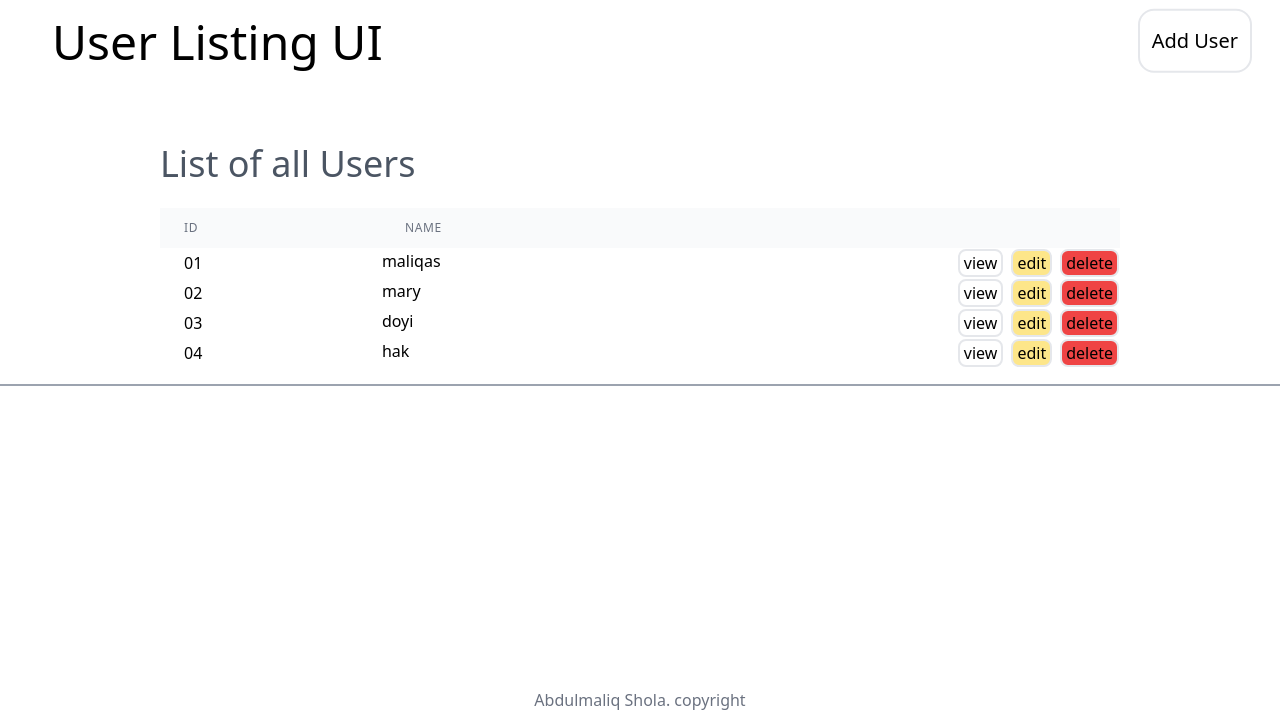
Repository: Marlstergo/listings
Page: / (app in client/)
An editor plug-in stored every save of this project. The page is shown before and after the next save, followed by the edit.
The browser window is 1280 px wide. The pictures show the whole page.
The project was rebuilt for these pictures with package versions that can differ from the ones it lists, and the page was loaded fresh each time. Also part of the build but not shown: client/craco.config.js, client/src/components/UserRow.jsx, client/src/components/List.js, client/src/components/addUser.js, client/src/components/EditUser.js.

Above is the page before, as saved 2021-07-21 17:37:31.

### client/src/index.js
/* eslint-disable no-unused-vars */
import React from "react";
import ReactDOM from "react-dom";
import "./index.css";
import App from "./App";
import reportWebVitals from "./reportWebVitals";
import { BrowserRouter as Router } from 'react-router-dom';
import { Provider } from "react-redux";
import { store } from "./redux/store";
import { PersistGate } from "redux-persist/integration/react";
import { persistor } from "./redux/store";

ReactDOM.render(
  <React.StrictMode>
    <Provider store={store}>
      <Router>
        <PersistGate persistor={persistor}>
          <App />
        </PersistGate>
      </Router>
    </Provider>
  </React.StrictMode>,
  document.getElementById("root")
);

// If you want to start measuring performance in your app, pass a function
// to log results (for example: reportWebVitals(console.log))
// or send to an analytics endpoint. Learn more: https://bit.ly/CRA-vitals
reportWebVitals();

### client/src/App.js
import React, { useState } from "react";
import { BrowserRouter, Route, Switch, useLocation } from "react-router-dom";
import Header from "./components/Header";
import Home from "./components/Home";
import List from "./components/List";
import AddUser from "./components/addUser";
// import Toppings from "./components/Toppings";
import Order from "./components/EditUser";
// import Modal from "./components/Modal";
import { AnimatePresence } from "framer-motion";
import Footer from "./components/footer";

function App() {
  const location = useLocation();
  const showModal = true;

  return (
    <>
      <Header />
      {/* <Modal showModal={showModal} /> */}
      <AnimatePresence exitBeforeEnter>
        <BrowserRouter>
          <Switch>
            <Route exact name="home" path="/">
              <Home />
            </Route>
            {/* <Route exact path="/createUpdateUser">
            <Toppings />
          </Route> */}
            <Route path="/edit" exact name="order">
              <Order />
            </Route>
            <Route path="/view" exact name="view">
              <List/>
            </Route>
            <Route path="/adduser" exact name="adduser">
              <AddUser/>
            </Route>
          </Switch>
        </BrowserRouter>
      </AnimatePresence>
      <Footer/>
    </>
  );
}

export default App;

### client/src/redux/store.js
import { createStore, applyMiddleware } from "redux";
import { logger } from 'redux-logger';
import {persistStore} from 'redux-persist';
// import thunk from 'redux-thunk'
import createSagaMiddleware from 'redux-saga'

import rootSaga from './root-sagas'

import rootReducer from './root-reducer';

const sagaMiddleware = createSagaMiddleware()

const middleware = [sagaMiddleware];

if( process.env.NODE_ENV === 'development'){
    middleware.push(logger)
}

export const store = createStore(rootReducer, applyMiddleware(...middleware))

sagaMiddleware.run(rootSaga)

export const persistor = persistStore(store)

export default (store, persistor);

### client/src/components/Header.js
import React from "react";
import { motion } from "framer-motion";
import { Link } from "react-router-dom";
import {withRouter} from 'react-router-dom'


const svgVariants = {
  hidden: { rotate: -180 },
  visible: {
    rotate: 0,
    transition: { duration: 1 },
  },
};

const pathVariants = {
  hidden: {
    opacity: 0,
    pathLength: 0,
  },
  visible: {
    opacity: 1,
    pathLength: 1,
    transition: {
      duration: 2,
      ease: "easeInOut",
    },
  },
};

const buttonVariants = {
  show: {
    y: [0, -20],
    x: 0,
    textShadow: "0px 0px 8px rgb(255,255,255)",
    boxShadow: "0px 0px 8px rgb(255,255,255)",
    transition: {
      duration: 0.3,
      yoyo: Infinity,
      ease: "easeOut",
    },
  },
};

const Header = ({history}) => {
  console.log(history.location.pathname)
  return (
    <header className="flex p-7 w-screen justify-between  items-center">
      {/* <motion.div
        className="logo"
        drag
        dragConstraints={{ left: 0, top: 0, right: 0, bottom: 0 }}
        dragElastic={0.7}
      >

      </motion.div> */}
      <motion.div
        className=" flex justify-between w-full ml-6 text-xs"
        initial={{ y: -250 }}
        animate={{ y: -10 }}
        transition={{ delay: 0.2, type: "spring", stiffness: 120 }}
      >
        <a href="/" className=" pb-4 text-5xl">User Listing UI</a>
        <motion.button
          variants={buttonVariants}
          whileHover="hover"
          animate={`${history.location.pathname === '/adduser'?'':'show'}`}
          className="text-xl border-2 px-3 rounded-2xl active:bg-gray-200"
        >
          <a href="/adduser">Add User</a>
        </motion.button>
      </motion.div>
    </header>
  );
};

export default withRouter(Header);

### client/src/components/Home.js
import React from "react";
// import { Link } from "react-router-dom";
import { motion } from "framer-motion";
// import Loader from "./Loader";
// import UserRow from "./UserRow";
import UserRowHome from "./userRowhome";



const containerVariants = {
  hidden: {
    opacity: 0,
  },
  visible: {
    opacity: 1,
    transition: { delay: 1.5, duration: 1.5 },
  },
  exit: {
    x: "-100vh",
    transition: { ease: "easeInOut" },
  },
};
// const buttonVariants = {
//   hover: {
//     scale: 1.1,
//     textShadow: "0px 0px 8px rgb(255,255,255)",
//     boxShadow: "0px 0px 8px rgb(255,255,255)",
//     transition: {
//       duration: 0.3,
//       yoyo: Infinity
//     }
//   }
// }
const users = [
  {
    id: '01',
    name: "maliqas",
    email: "maliq@gmail.com",
    phone: '08032494874'
  },
  {
    id: '02',
    name: "mary",
    email: "mary@gmail.com",
    phone: '08032494874'
  },
  {
    id: '03',
    name: "doyi",
    email: "doyi@gmail.com",
    phone: '08032494874'
  },
  {
    id: '04',
    name: "hak",
    email: "hak@gmail.com",
    phone: '08032494874'
  },
];
const Home = () => {
  return (
    <motion.div
      className="  pb-4 mb-4 border-b-2 border-gray-400 flex flex-col items-center"
      variants={containerVariants}
      initial="hidden"
      animate="visible"
      exit="exit"
    >
      <div className="w-3/4 ">
        <h1 className="text-gray-600 py-6 text-4xl">List of all Users</h1>

        <table className="min-w-full divide-y divide-gray-200">
          <thead>
            <tr>
              <th className="px-6 py-3 bg-gray-50 text-left text-xs font-medium text-gray-500 uppercase tracking-wider">
                Id
              </th>
              <th className="px-6 py-3 bg-gray-50 text-left text-xs font-medium text-gray-500 uppercase tracking-wider">
                Name
              </th>

            </tr>
            {
              users.map((user) =>(
                <UserRowHome name={user.name} key={user.id} id={user.id} email={user.email} phone={user.phone} />
              ))
            }
          </thead>
        </table>
      </div>
    </motion.div>
  );
};

export default Home;

### client/src/components/footer.js
import React from 'react'

const Footer = () => {
  return (
    <footer className="fixed bottom-0 w-full">
      <div className="flex justify-center w-full items-center h-10">
        <p className="text-gray-500">Abdulmaliq Shola. copyright</p>
      </div>
    </footer>
  )
}

export default Footer

### client/src/redux/root-sagas.js
import {all, call} from 'redux-saga/effects'
import {userSagas} from './user/user.sagas'


export default function* rootSaga(){
    yield all([
        call(userSagas),
    ])
}

### client/src/redux/root-reducer.js
import {combineReducers} from 'redux'
import userReducer from './user/user.reducer'
// import cartReducer from './cart/cart.reducer'
import {persistReducer} from 'redux-persist'
import storage from 'redux-persist/lib/storage'
// import directoryReducer from './directory/directory.reducer'
// import shopReducer from './shop/shop.reducer'

const persistConfig ={
    key: 'root',
    storage,
    whitelist: ['' ]
}
const rootReducer = combineReducers({
    user: userReducer,

})
export default persistReducer(persistConfig, rootReducer)

### client/src/components/userRowhome.js
import React from "react";

const UserRowHome = ({ id, name }) => {
  return (
    <tr>
      <td className="px-6">{id}</td>
      <td className=" flex justify-between ">
        <p className="">{name}</p>
        <span className=" space-x-2 flex">
          <a href="/view" className="border-2 rounded-lg px-1 active:bg-gray-200">view</a>
          <button className="border-2 bg-yellow-200 active:bg-yellow-500  rounded-lg px-1">edit</button>
          <button className="border-2 rounded-lg bg-red-500 active:bg-red-800 px-1">delete</button>
        </span>
      </td>
    </tr>
  );
};

export default UserRowHome;

### client/src/redux/user/user.sagas.js
import { all, call, put, takeLatest } from "redux-saga/effects";

import UserActionTypes from "./user.types";
import { loadUserDetail } from "./user.action";
// import axios from "axios";
// import { getUserDetailsURL } from "../../components/stringConstants";

export function* getDetails() {
  yield console.log("i fired");

  // try {
  //   console.log("inside try");

  //   const res = yield axios.get(getUserDetailsURL);
  //   const data = yield res.data;
  //   console.log(res);
  //   yield put(loadUserDetail(data ? data.data[0] : {}));
  // } catch (err) {
  //   console.log(err.response);
  //   if (err.response && err.response.statusText === "Not Found") {
  //     // console.log("");
  //     window.location.href = "/profile/settings?newUser=0837";
  //   }
  // }
}

export function* getUserDetails() {
  yield takeLatest(UserActionTypes.GET_USER_DETAIL, getDetails);
}
// export function* loadUserDetails(){
//     yield takeLatest(UserActionTypes.LOAD_USER_DETAIL, loadDetails)
// }

export function* userSagas() {
  yield all([call(getUserDetails)]);
}

### client/src/redux/user/user.reducer.js
import UserActionTypes from "./user.types";
const INITIAL_STATE = {
  // currentUser: null,
  userDetail: {},
  demo: 'i am demo',
  location: null

};
const userReducer = (state = INITIAL_STATE, action) => {
  switch (action.type) {

    case UserActionTypes.LOAD_USER_DETAIL:
      return {
        ...state,
        userDetail: action.payload,
      };

    case UserActionTypes.COLLECT_GEOLOCATION:
      return {
        ...state,
        location: action.payload
      }
    default:
      return state;
  }
};

export default userReducer;

### client/src/redux/user/user.types.js
const UserActionTypes ={
    GOOGLE_SIGN_IN_START : 'GOOGLE_SIGN_IN_START',
    SIGN_IN_SUCCESS : 'SIGN_IN_SUCCESS',
    SIGN_IN_FAILURE : 'SIGN_IN_FAILURE',
    GET_USER_DETAIL: 'GET_USER_DETAIL',
    LOAD_USER_DETAIL: 'LOAD_USER_DETAIL',
    COLLECT_GEOLOCATION: 'COLLECT_GEOLOCATION',
    FETCH_GEOLOCATION: 'FETCH_GEOLOCATION'
}
export default UserActionTypes;

### client/src/redux/user/user.action.js
import UserActionTypes from './user.types'



// export const googleSignInStart = () => ({
//     type: UserActionTypes.GOOGLE_SIGN_IN_START
// })

// export const signInSuccess = (user) => ({
//     type: UserActionTypes.SIGN_IN_SUCCESS,
//     payload: user
// })

export const getUserDetail = () => ({
    type: UserActionTypes.GET_USER_DETAIL,

})
export const loadUserDetail = (details) => ({
    type: UserActionTypes.LOAD_USER_DETAIL,
    payload: details
})

export const fetchGeoloction = () => ({
    type: UserActionTypes.FETCH_GEOLOCATION
})
export const collectGeolocation = (location) => ({
    type: UserActionTypes.COLLECT_GEOLOCATION,
    payload: location
})
// })

### client/tailwind.config.js
// tailwind.config.js
module.exports = {
  // mode:'jit',
  purge: ["./src/**/*.{js,jsx,ts,tsx}", "./public/index.html"],
  darkMode: false, // or 'media' or 'class'
  theme: {
    extend: {},
  },
  variants: {
    extend: {
      backgroundColor: ["active"],
    },
  },
  plugins: [],
};

Loaded but not shown: client/public/index.html (common file); client/src/index.css (common file); client/src/reportWebVitals.js (common file)

After the next save:
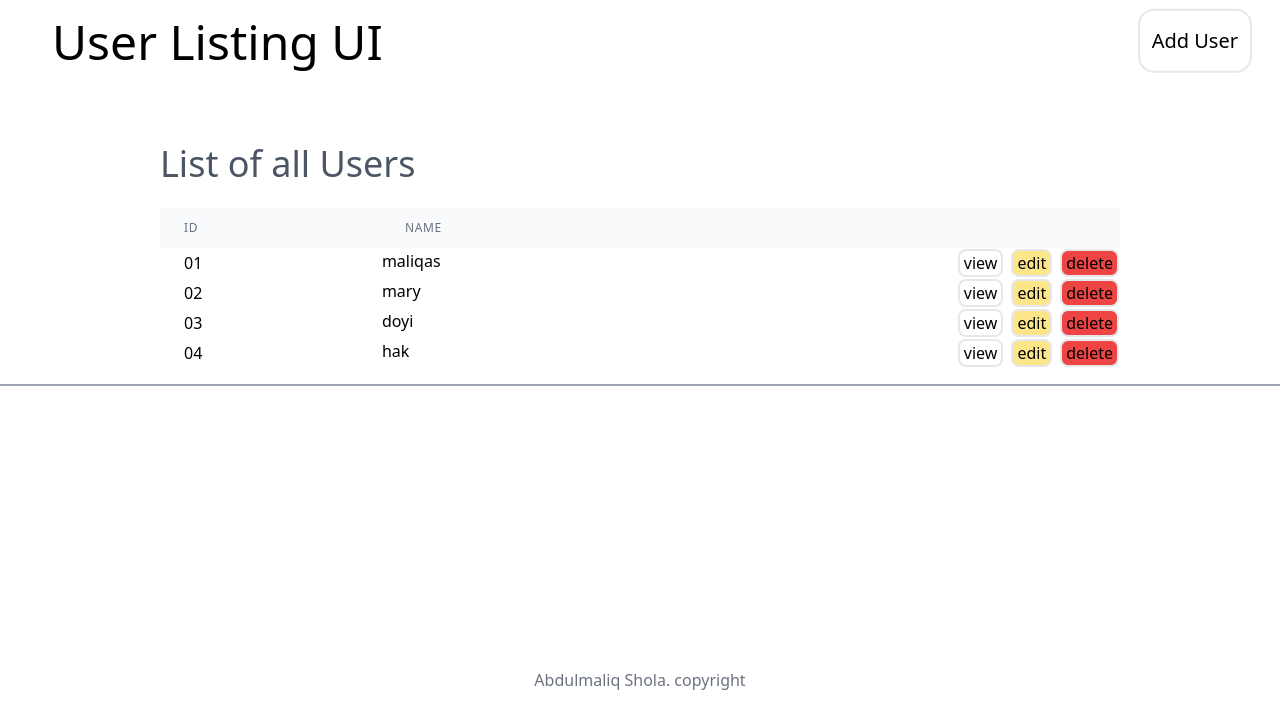
Saved 8 s later.
--- a/client/src/components/footer.js
+++ b/client/src/components/footer.js
@@ -3,7 +3,7 @@ import React from 'react'
 const Footer = () => {
   return (
     <footer className="fixed bottom-0 w-full">
-      <div className="flex justify-center w-full items-center h-10">
+      <div className="flex justify-center w-full items-center h-20">
         <p className="text-gray-500">Abdulmaliq Shola. copyright</p>
       </div>
     </footer>
